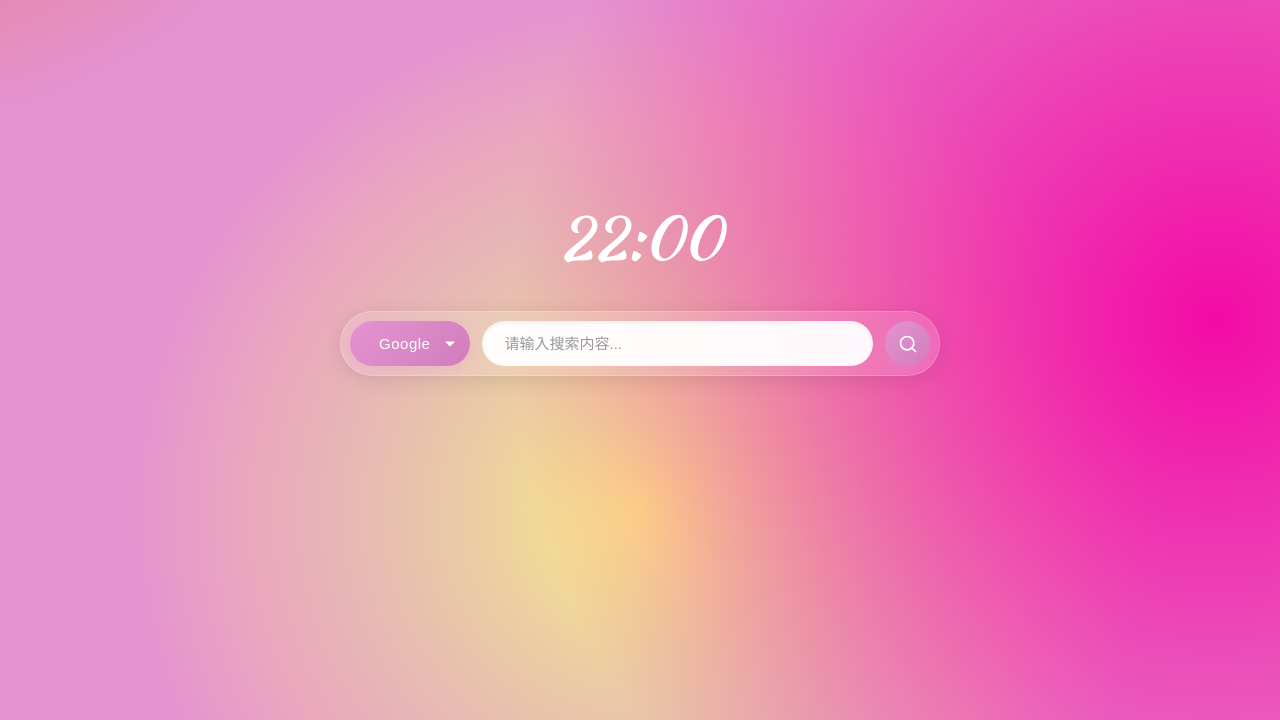
Repository: RADEKWRLD/NaviR
Page: index.html
The author's editor kept a copy of each file at every save. The page is drawn from the files as they stood at one save, then again after the next save.
The browser window is 1280 px wide. The pictures show the whole page.

Above is the page before, as saved 2025-05-23 23:12:23.
Console error: TypeError: Cannot read properties of null (reading 'appendChild')

After the next save:
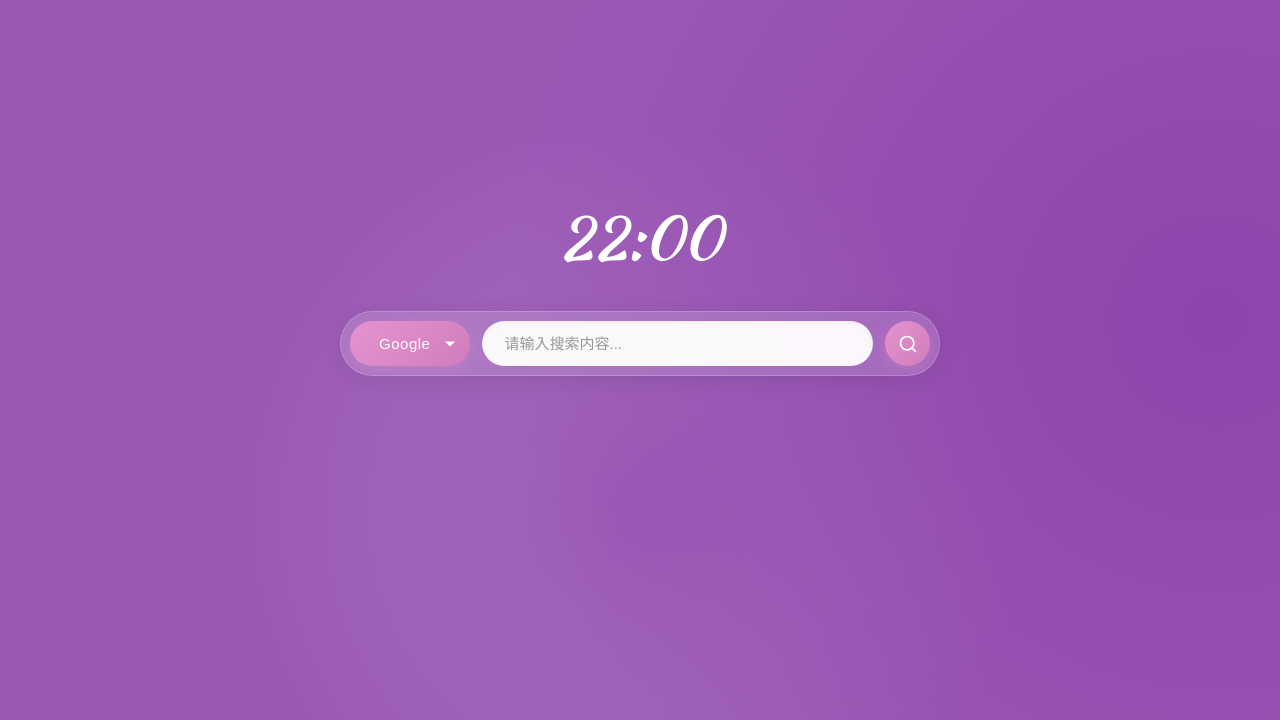
Saved 6 s later.
--- a/main/script.js
+++ b/main/script.js
@@ -47,6 +47,17 @@ const engineSearchUrls = {
 
 // 当前选中的引擎，默认Google
 let currentEngine = "Google";
+
+// Theme selection
+const themes = ['pink', 'blue', 'green', 'purple', 'orange'];
+
+function setRandomTheme() {
+    const randomTheme = themes[Math.floor(Math.random() * themes.length)];
+    document.documentElement.setAttribute('data-theme', randomTheme);
+}
+
+// Set random theme when page loads
+setRandomTheme();
 
 // 初始化搜索功能
 function initSearch() {

After the save that followed:
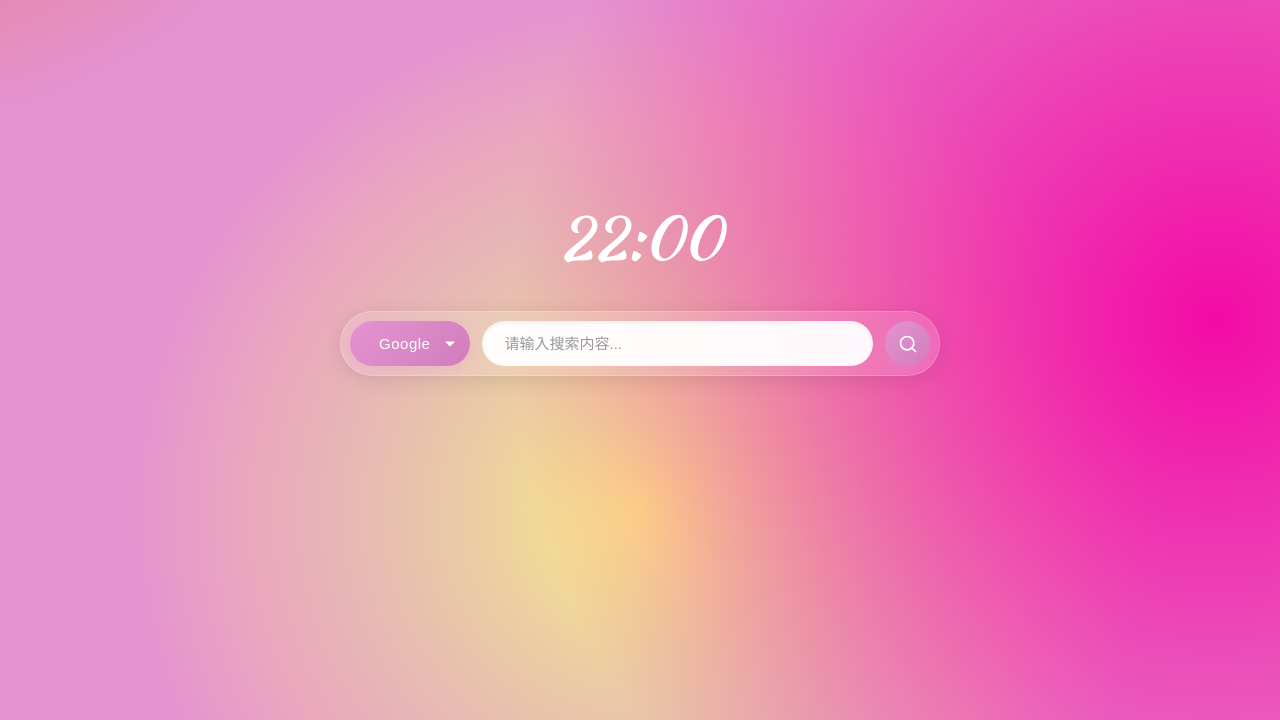
Saved 66 s later.
--- a/style.css
+++ b/style.css
@@ -24,44 +24,94 @@
     --gradient-5: rgba(248, 192, 147, 1);
 }
 
-/* Color scheme 2 - Blue Theme */
-[data-theme="blue"] {
-    --primary-color: #4a90e2;
-    --gradient-1: rgba(74, 144, 226, 1);
-    --gradient-2: rgba(41, 128, 185, 1);
-    --gradient-3: rgba(52, 152, 219, 1);
-    --gradient-4: rgba(93, 173, 226, 1);
-    --gradient-5: rgba(155, 197, 226, 1);
-}
-
-/* Color scheme 3 - Green Theme */
-[data-theme="green"] {
-    --primary-color: #2ecc71;
-    --gradient-1: rgba(46, 204, 113, 1);
-    --gradient-2: rgba(39, 174, 96, 1);
-    --gradient-3: rgba(46, 204, 113, 1);
-    --gradient-4: rgba(88, 214, 141, 1);
-    --gradient-5: rgba(155, 226, 173, 1);
-}
-
-/* Color scheme 4 - Purple Theme */
-[data-theme="purple"] {
-    --primary-color: #9b59b6;
-    --gradient-1: rgba(155, 89, 182, 1);
-    --gradient-2: rgba(142, 68, 173, 1);
-    --gradient-3: rgba(155, 89, 182, 1);
-    --gradient-4: rgba(178, 134, 196, 1);
-    --gradient-5: rgba(204, 173, 214, 1);
-}
-
-/* Color scheme 5 - Orange Theme */
-[data-theme="orange"] {
-    --primary-color: #e67e22;
-    --gradient-1: rgba(230, 126, 34, 1);
-    --gradient-2: rgba(211, 84, 0, 1);
-    --gradient-3: rgba(230, 126, 34, 1);
-    --gradient-4: rgba(235, 152, 78, 1);
-    --gradient-5: rgba(245, 183, 142, 1);
+/* Color scheme 2 - Deep Ocean */
+[data-theme="deep-ocean"] {
+    --primary-color: #1a237e;
+    --gradient-1: rgba(26, 35, 126, 1);
+    --gradient-2: rgba(13, 71, 161, 1);
+    --gradient-3: rgba(25, 118, 210, 1);
+    --gradient-4: rgba(2, 136, 209, 1);
+    --gradient-5: rgba(0, 188, 212, 1);
+}
+
+/* Color scheme 3 - Forest */
+[data-theme="forest"] {
+    --primary-color: #1b5e20;
+    --gradient-1: rgba(27, 94, 32, 1);
+    --gradient-2: rgba(46, 125, 50, 1);
+    --gradient-3: rgba(76, 175, 80, 1);
+    --gradient-4: rgba(129, 199, 132, 1);
+    --gradient-5: rgba(165, 214, 167, 1);
+}
+
+/* Color scheme 4 - Sunset */
+[data-theme="sunset"] {
+    --primary-color: #d32f2f;
+    --gradient-1: rgba(211, 47, 47, 1);
+    --gradient-2: rgba(244, 67, 54, 1);
+    --gradient-3: rgba(255, 87, 34, 1);
+    --gradient-4: rgba(255, 152, 0, 1);
+    --gradient-5: rgba(255, 193, 7, 1);
+}
+
+/* Color scheme 5 - Neon */
+[data-theme="neon"] {
+    --primary-color: #00e5ff;
+    --gradient-1: rgba(0, 229, 255, 1);
+    --gradient-2: rgba(0, 255, 128, 1);
+    --gradient-3: rgba(255, 0, 255, 1);
+    --gradient-4: rgba(255, 255, 0, 1);
+    --gradient-5: rgba(255, 0, 128, 1);
+}
+
+/* Color scheme 6 - Royal */
+[data-theme="royal"] {
+    --primary-color: #4a148c;
+    --gradient-1: rgba(74, 20, 140, 1);
+    --gradient-2: rgba(123, 31, 162, 1);
+    --gradient-3: rgba(156, 39, 176, 1);
+    --gradient-4: rgba(186, 104, 200, 1);
+    --gradient-5: rgba(233, 30, 99, 1);
+}
+
+/* Color scheme 7 - Desert */
+[data-theme="desert"] {
+    --primary-color: #bf360c;
+    --gradient-1: rgba(191, 54, 12, 1);
+    --gradient-2: rgba(230, 81, 0, 1);
+    --gradient-3: rgba(255, 112, 67, 1);
+    --gradient-4: rgba(255, 171, 145, 1);
+    --gradient-5: rgba(255, 204, 188, 1);
+}
+
+/* Color scheme 8 - Aurora */
+[data-theme="aurora"] {
+    --primary-color: #006064;
+    --gradient-1: rgba(0, 96, 100, 1);
+    --gradient-2: rgba(0, 188, 212, 1);
+    --gradient-3: rgba(0, 229, 255, 1);
+    --gradient-4: rgba(77, 208, 225, 1);
+    --gradient-5: rgba(178, 235, 242, 1);
+}
+
+/* Color scheme 9 - Cherry */
+[data-theme="cherry"] {
+    --primary-color: #880e4f;
+    --gradient-1: rgba(136, 14, 79, 1);
+    --gradient-2: rgba(194, 24, 91, 1);
+    --gradient-3: rgba(233, 30, 99, 1);
+    --gradient-4: rgba(244, 143, 177, 1);
+    --gradient-5: rgba(248, 187, 208, 1);
+}
+
+/* Color scheme 10 - Emerald */
+[data-theme="emerald"] {
+    --primary-color: #004d40;
+    --gradient-1: rgba(0, 77, 64, 1);
+    --gradient-2: rgba(0, 105, 92, 1);
+    --gradient-3: rgba(0, 150, 136, 1);
+    --gradient-4: rgba(38, 166, 154, 1);
+    --gradient-5: rgba(77, 182, 172, 1);
 }
 
 body {
